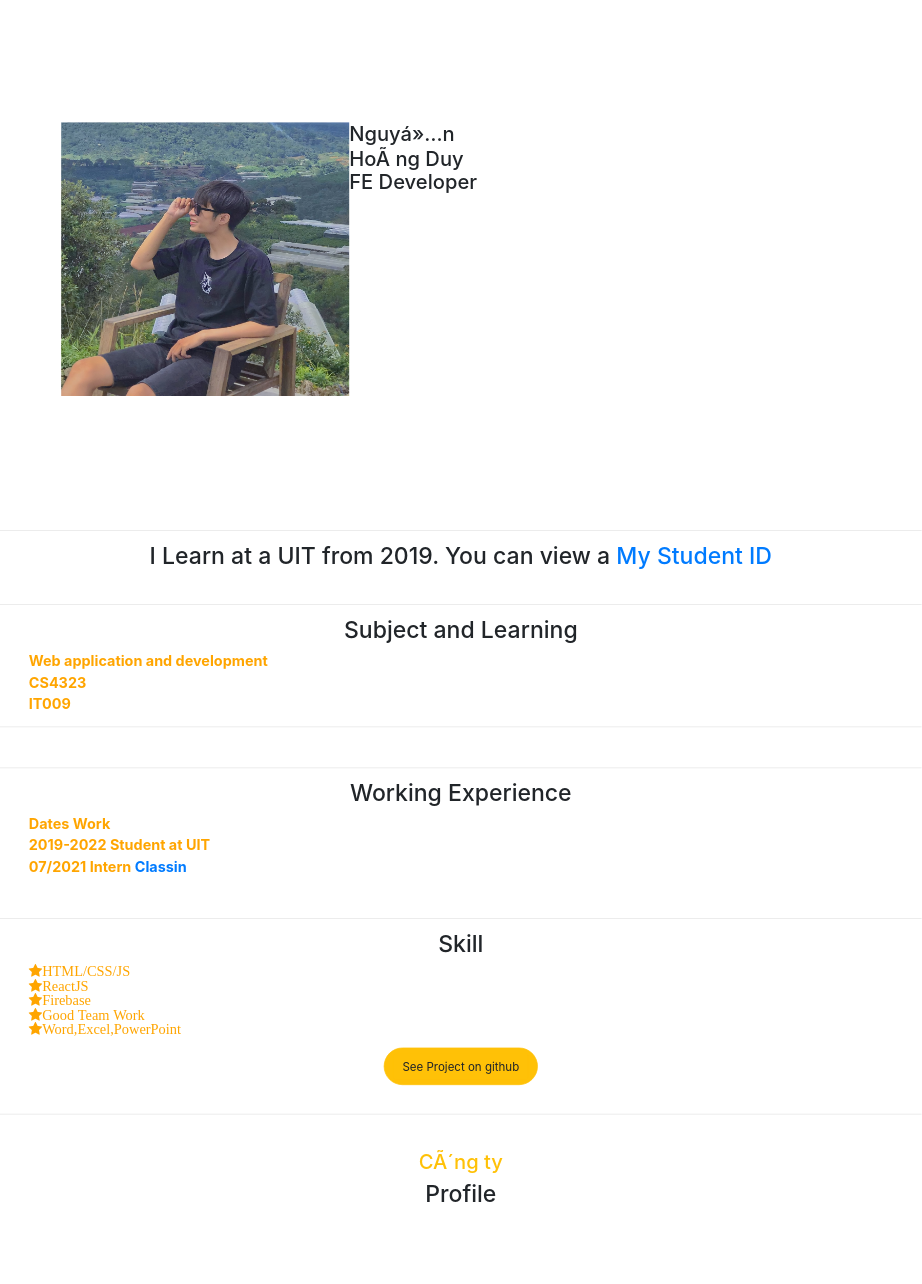
Repository: HoangDuy315/HW_TVK
Page: cv.html
An editor plug-in stored every save of this project. The page is shown before and after the next save, followed by the edit.
The browser window is 1280 px wide. The pictures show the whole page, at 72% of full size.

Above is the page before, as saved 2022-09-25 17:54:55.

After the next save:
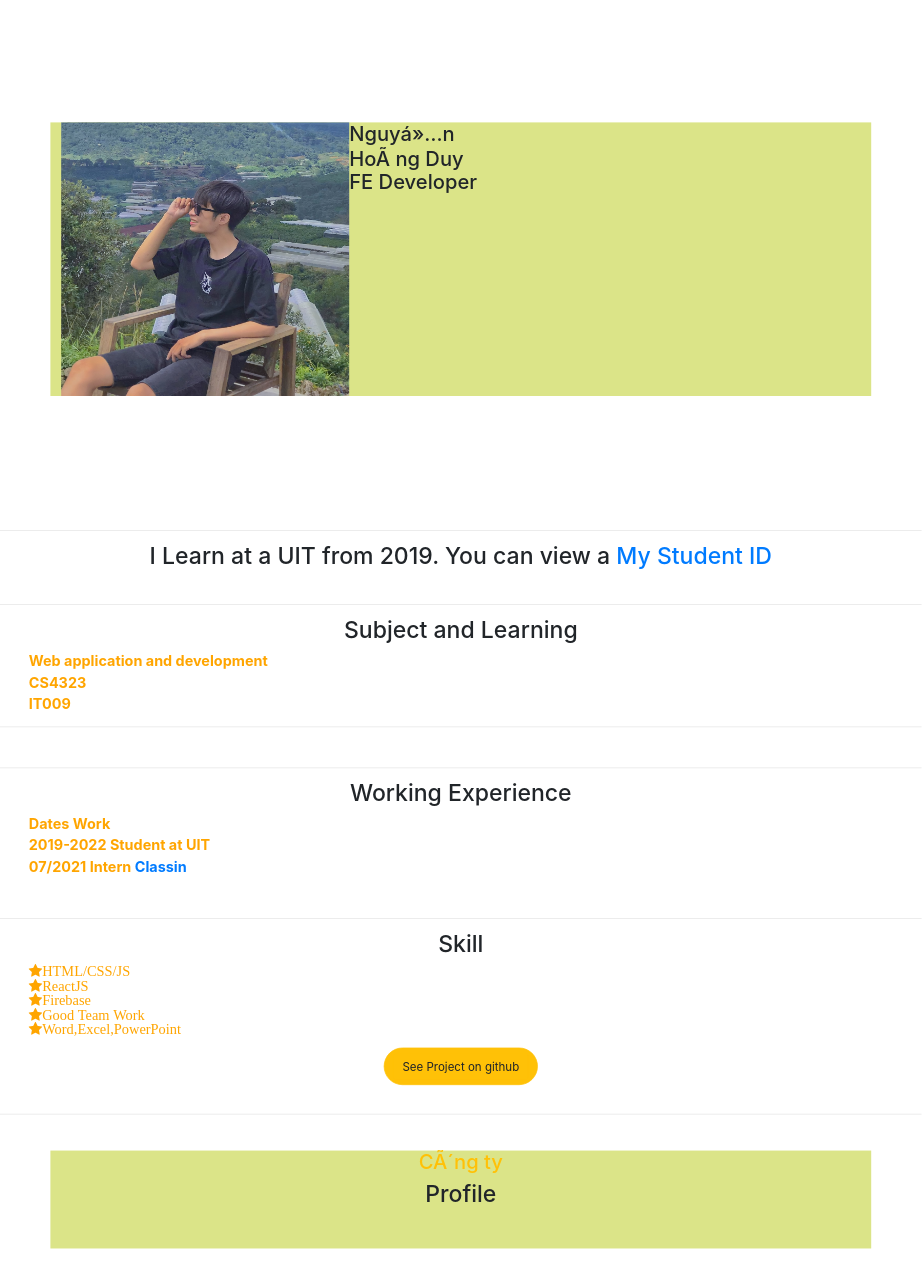
Saved 16 s later.
--- a/cv.css
+++ b/cv.css
@@ -14,6 +14,7 @@
     width: 100%;
     max-width: 1000px;
     /* background: #fff; */
+    background-color: rgb(219, 228, 136);
     margin: 50px;
     /* box-shadow: 0 50px 70px rgba(0, 0, 0, 0.1); */
     /* border-left: 50px solid #fff;

After the save that followed:
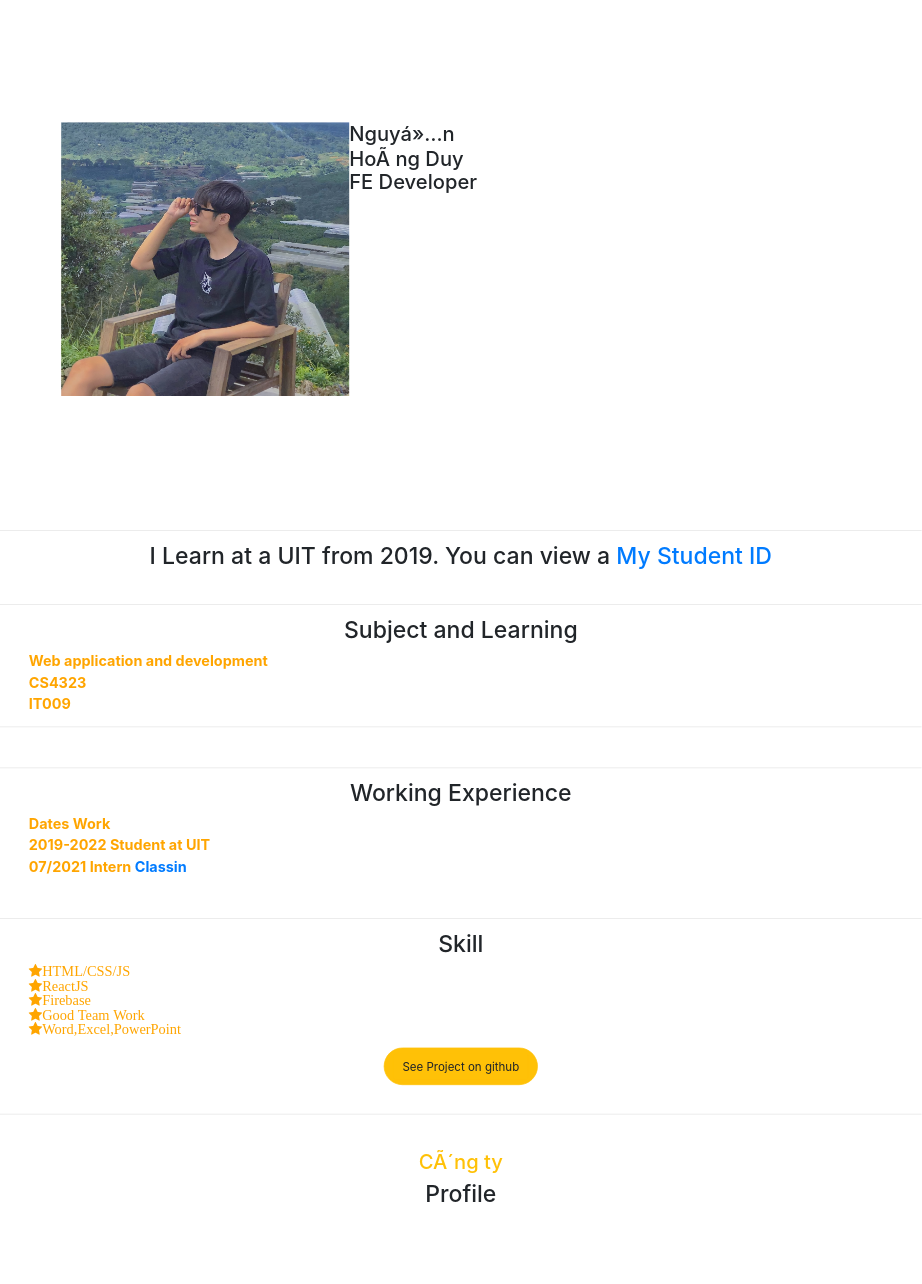
Saved 5 s later.
--- a/cv.css
+++ b/cv.css
@@ -14,7 +14,6 @@
     width: 100%;
     max-width: 1000px;
     /* background: #fff; */
-    background-color: rgb(219, 228, 136);
     margin: 50px;
     /* box-shadow: 0 50px 70px rgba(0, 0, 0, 0.1); */
     /* border-left: 50px solid #fff;
